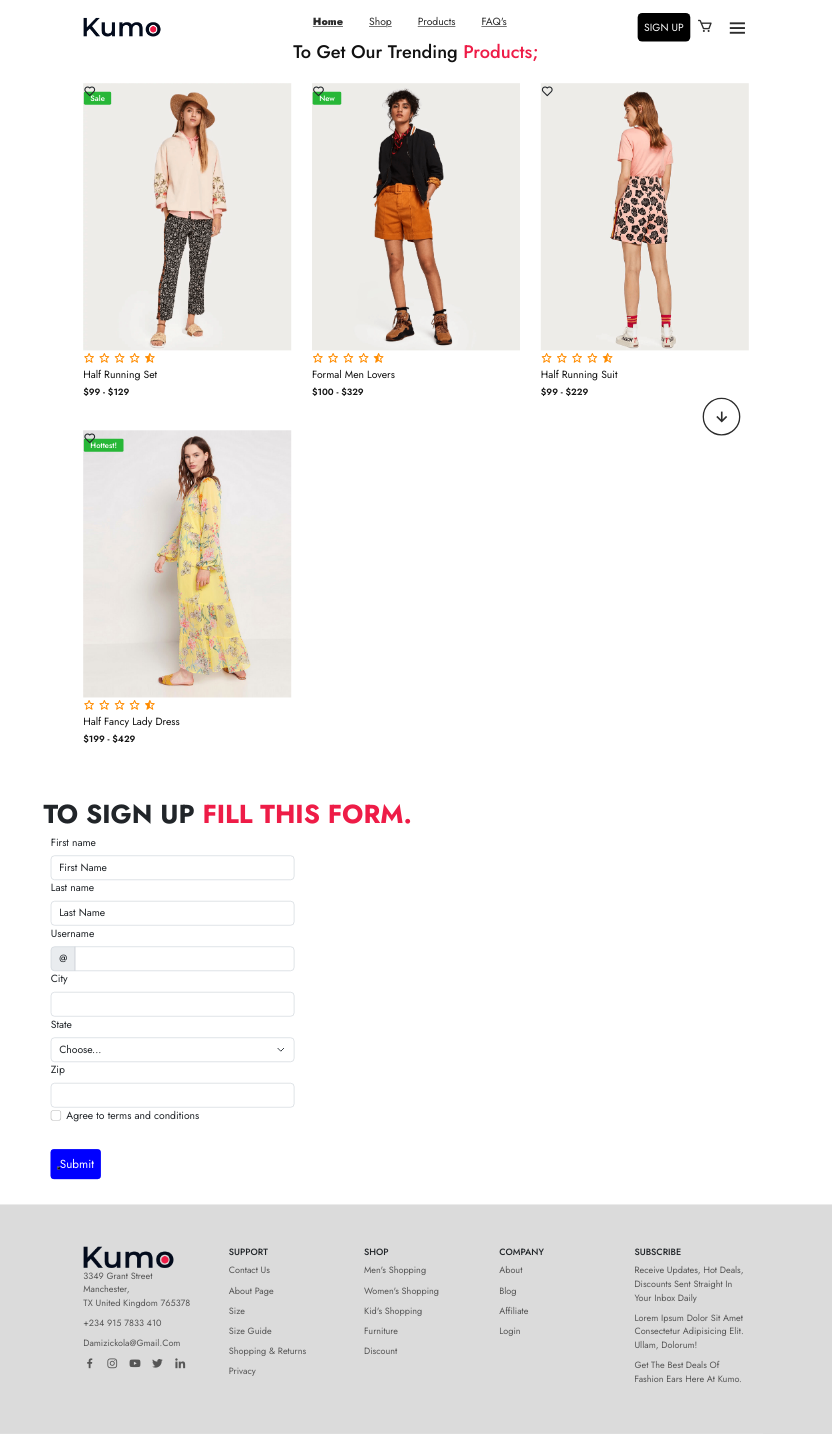
Repository: isaacCodes1/Kumo-Website.
Page: form.html
These files come from the project's save history. The page is drawn as it stood at one moment and after the next save; the edit follows.
The browser window is 1280 px wide. The pictures show the whole page, at 65% of full size.

Above is the page before, as saved 2024-03-26 11:23:08.

After the next save:
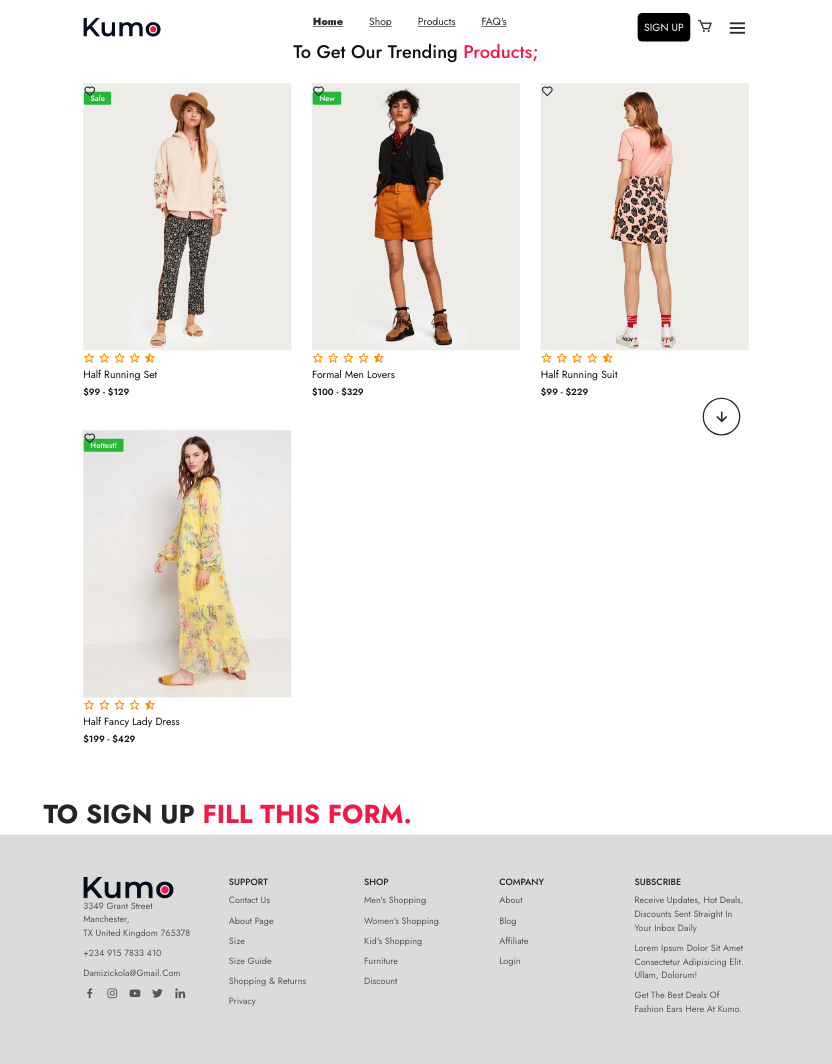
Saved 3 min 10 s later.
--- a/form.html
+++ b/form.html
@@ -142,99 +142,7 @@
       </div>
     </section>
     <h1 class="final">TO SIGN UP <span> FILL THIS FORM.</span></h1>
-    <form class="container g-3 needs-validation" novalidate>
-      <div class="col-md-4">
-        <label for="validationCustom01" class="form-label">First name</label>
-        <input
-          type="text"
-          class="form-control"
-          id="validationCustom01"
-          value="First Name"
-          name="first_name"
-          required
-        />
-        <div class="valid-feedback">Looks good!</div>
-      </div>
-      <div class="col-md-4">
-        <label for="validationCustom02" class="form-label">Last name</label>
-        <input
-          type="text"
-          name="last_name"
-          id="last_name"
-          class="form-control"
-          id="validationCustom02"
-          value="Last Name"
-          required
-        />
-        <div class="valid-feedback">Looks good!</div>
-      </div>
-      <div class="col-md-4">
-        <label for="validationCustomUsername" class="form-label"
-          >Username</label
-        >
-        <div class="input-group has-validation">
-          <span class="input-group-text" id="inputGroupPrepend">@</span>
-          <input
-            type="text"
-            id="username"
-            name="username"
-            class="form-control"
-            id="validationCustomUsername"
-            aria-describedby="inputGroupPrepend"
-            required
-          />
-          <div class="invalid-feedback">Please choose a username.</div>
-        </div>
-      </div>
-      <div class="col-md-4">
-        <label for="validationCustom03" class="form-label">City</label>
-        <input
-          type="text"
-          class="form-control"
-          id="validationCustom03"
-          required
-        />
-        <div class="invalid-feedback">Please provide a valid city.</div>
-      </div>
-      <div class="col-md-4">
-        <label for="validationCustom04" class="form-label">State</label>
-        <select class="form-select" id="validationCustom04" required>
-          <option selected disabled value="">Choose...</option>
-          <option>Kwara State</option>
-          <option>Lagos State</option>
-          <option>Ogun State</option>
-        </select>
-        <div class="invalid-feedback">Please select a valid state.</div>
-      </div>
-      <div class="col-md-4">
-        <label for="validationCustom05" class="form-label">Zip</label>
-        <input
-          type="text"
-          class="form-control"
-          id="validationCustom05"
-          required
-        />
-        <div class="invalid-feedback">Please provide a valid zip.</div>
-      </div>
-      <div class="col-12">
-        <div class="form-check">
-          <input
-            class="form-check-input"
-            type="checkbox"
-            value=""
-            id="invalidCheck"
-            required
-          />
-          <label class="form-check-label mb-5" for="invalidCheck">
-            Agree to terms and conditions
-          </label>
-          <div class="invalid-feedback">You must agree before submitting.</div>
-        </div>
-      </div>
-      <div class="col-12 mb-5">
-        <a class="button3" href="alert.html"><button></button>Submit</a>
-      </div>
-    </form>
+
     <!-- contact-section -->
 
     <section class="contact">
